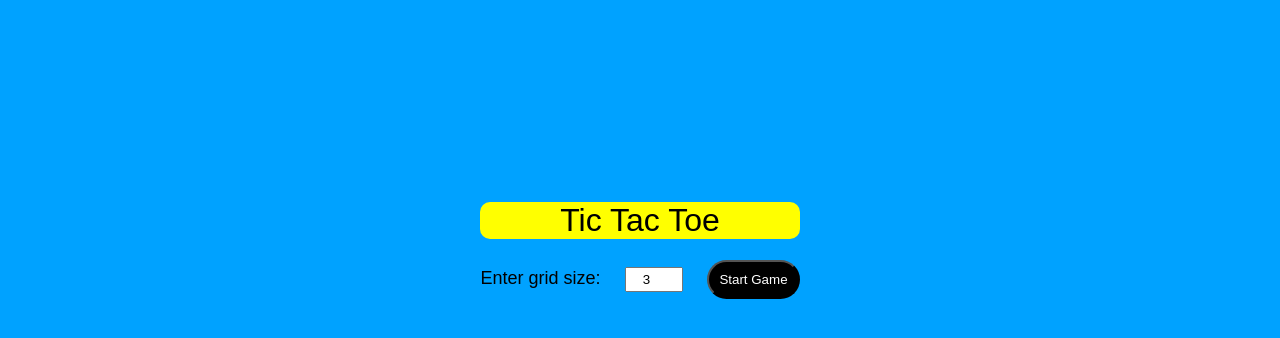
Repository: Shamraiz761/tik_tak_toe_game
Page: index.html
These files come from the project's save history. The page is drawn as it stood at one moment and after a run of saves; the edit follows.
The browser window is 1280 px wide. The pictures show the whole page.

Above is the page before, as saved 2024-01-09 12:00:48.

After the next 4 saves:
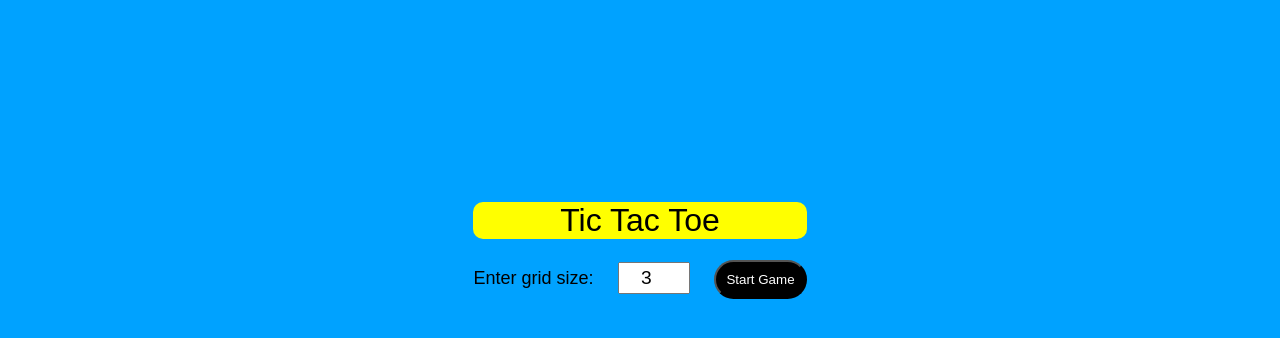
The 4 saves are shown as one change because they came seconds apart.
The last was saved 16 s later.
--- a/styles.css
+++ b/styles.css
@@ -48,4 +48,5 @@ body{
   #sizeInput{
     text-align: center;
     padding: 3px;
+    font-size: larger;
   }
